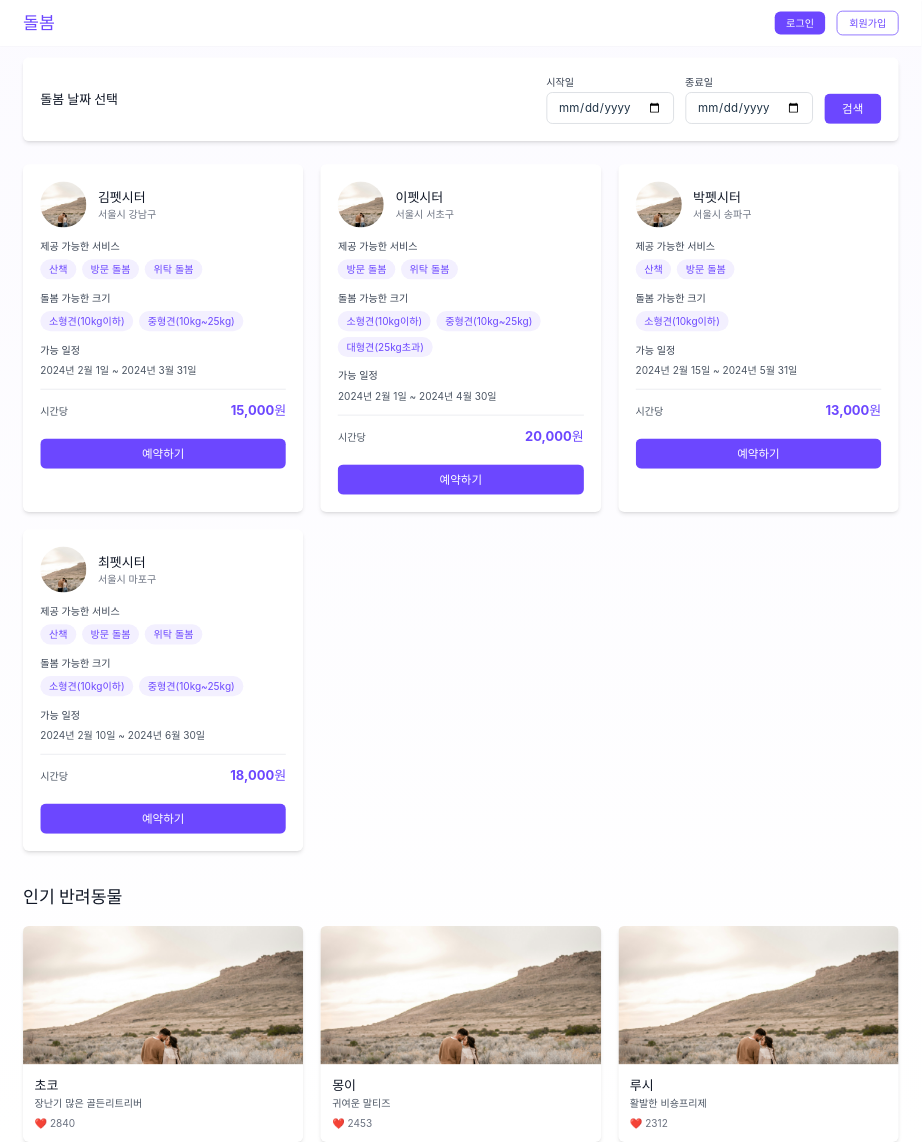
Repository: kksshh0612/pet-care-client
Page: /service
An editor plug-in stored every save of this project. The page is shown before and after the next save, followed by the edit.
The browser window is 1280 px wide. The pictures show the whole page, at 72% of full size.
The page's requests for data from a server got no answer. The project was rebuilt for these pictures with package versions that can differ from the ones it lists, and the page was loaded fresh each time. No one was signed in, and anything a server would have sent is missing. Also part of the build but not shown: vite.config.js, src/components/MainPage.vue, src/components/MemberLogin.vue, src/components/SignUp.vue, src/components/modals/ChangePasswordModal.vue, src/components/modals/EditProfileModal.vue, src/components/modals/WithdrawModal.vue, src/components/modals/PetSitterRegisterModal.vue and 5 more.

Above is the page before, as saved 2025-02-17 08:18:31.

### index.html
<!doctype html>
<html lang="en">
  <head>
    <meta charset="UTF-8" />
    <link rel="icon" type="image/svg+xml" href="/vite.svg" />
    <link rel="preconnect" href="https://fonts.googleapis.com">
    <link rel="preconnect" href="https://fonts.gstatic.com" crossorigin>
    <link href="https://fonts.googleapis.com/css2?family=Noto+Sans+KR:wght@100;300;400;500;700;900&display=swap" rel="stylesheet">
    <meta name="viewport" content="width=device-width, initial-scale=1.0" />
    <title>Pet Care App</title>
  </head>
  <body>
    <div id="app"></div>
    <script type="module" src="/src/main.js"></script>
  </body>
</html>

<!-- jQuery -->
<script type="text/javascript" src="https://code.jquery.com/jquery-1.12.4.min.js" ></script>
<!-- iamport.payment.js -->
<script type="text/javascript" src="https://cdn.iamport.kr/js/iamport.payment-1.1.8.js"></script>

### src/App.vue
<script>
import Header from './components/common/Header.vue'
import { mapState, mapActions } from 'vuex'

export default {
  name: 'App',
  components: {
    Header
  },
  computed: {
    ...mapState(['isLoggedIn']),
    isAuthPage() {
      return ['/login', '/signup'].includes(this.$route.path)
    }
  },
  methods: {
    ...mapActions(['checkLoginStatus']),
    handleLoginSuccess(userData) {
      this.$store.commit('setLoginStatus', true)
      this.$store.commit('setUserInfo', userData)
    }
  },
  async created() {
    await this.checkLoginStatus()
  }
}
</script>

<template>
  <div>
    <Header ref="header" v-if="!isAuthPage" />
    <router-view @login-success="handleLoginSuccess" />
  </div>
</template>

<style scoped>
.logo {
  height: 6em;
  padding: 1.5em;
  will-change: filter;
  transition: filter 300ms;
}
.logo:hover {
  filter: drop-shadow(0 0 2em #646cffaa);
}
.logo.vue:hover {
  filter: drop-shadow(0 0 2em #42b883aa);
}
</style>

### src/store/index.js
import { createStore } from 'vuex'
import axios from 'axios'

export default createStore({
  state: {
    isLoggedIn: false,
    userInfo: null
  },
  mutations: {
    setLoginStatus(state, status) {
      state.isLoggedIn = status
    },
    setUserInfo(state, userInfo) {
      state.userInfo = userInfo
    }
  },
  actions: {
    async checkLoginStatus({ commit }) {
      try {
        const response = await axios.get('/api/v1/member', {
          withCredentials: true
        })

        if (response.status === 200) {
          commit('setLoginStatus', true)
          commit('setUserInfo', response.data)
          return true
        }
      } catch (error) {
        commit('setLoginStatus', false)
        commit('setUserInfo', null)
        if (error.response?.status !== 401) {
          console.error('세션 체크 실패:', error)
        }
      }
      return false
    },
    async logout({ commit }) {
      try {
        await axios.post('/api/v1/member/logout')
        commit('setLoginStatus', false)
        commit('setUserInfo', null)
      } catch (error) {
        console.error('로그아웃 실패:', error)
      }
    }
  }
})

### src/style.css
:root {
  font-family: Inter, system-ui, Avenir, Helvetica, Arial, sans-serif;
  line-height: 1.5;
  font-weight: 400;

  color-scheme: light dark;
  color: rgba(255, 255, 255, 0.87);
  background-color: #242424;

  font-synthesis: none;
  text-rendering: optimizeLegibility;
  -webkit-font-smoothing: antialiased;
  -moz-osx-font-smoothing: grayscale;
}

a {
  font-weight: 500;
  color: #646cff;
  text-decoration: inherit;
}
a:hover {
  color: #535bf2;
}

body {
  margin: 0;
  min-width: 320px;
  min-height: 100vh;
  background-color: #ffffff;
  color: #213547;
}

h1 {
  font-size: 3.2em;
  line-height: 1.1;
}

button {
  border-radius: 8px;
  border: 1px solid transparent;
  padding: 0.6em 1.2em;
  font-size: 1em;
  font-weight: 500;
  font-family: inherit;
  background-color: #1a1a1a;
  cursor: pointer;
  transition: border-color 0.25s;
}
button:hover {
  border-color: #646cff;
}
button:focus,
button:focus-visible {
  outline: 4px auto -webkit-focus-ring-color;
}

.card {
  padding: 2em;
}

#app {
  width: 100%;
  margin: 0 auto;
}

@media (prefers-color-scheme: light) {
  :root {
    color: #213547;
    background-color: #ffffff;
  }
  a:hover {
    color: #747bff;
  }
  button {
    background-color: #f9f9f9;
  }
}

@tailwind base;
@tailwind components;
@tailwind utilities;

@layer base {
  html {
    font-family: 'Noto Sans KR', sans-serif;
  }
}

### src/components/common/Header.vue
<template>
  <nav class="fixed top-0 left-0 right-0 bg-white shadow-sm z-50">
    <div class="max-w-7xl mx-auto px-4 sm:px-6 lg:px-8">
      <div class="flex justify-between items-center h-16">
        <!-- 로고 -->
        <div class="flex items-center">
          <router-link to="/" class="flex items-center space-x-2">
            <span class="text-2xl font-bold text-[#6C47FF]">돌봄</span>
          </router-link>
        </div>

        <!-- 우측 네비게이션 아이템 -->
        <div class="flex items-center space-x-4">
          <template v-if="isLoggedIn">
            <!-- 알림 아이콘 -->
            <button class="p-2 hover:bg-gray-100 rounded-full relative">
              <svg xmlns="http://www.w3.org/2000/svg" class="h-6 w-6 text-gray-600" fill="none" viewBox="0 0 24 24" stroke="currentColor">
                <path stroke-linecap="round" stroke-linejoin="round" stroke-width="2" d="M15 17h5l-1.405-1.405A2.032 2.032 0 0118 14.158V11a6.002 6.002 0 00-4-5.659V5a2 2 0 10-4 0v.341C7.67 6.165 6 8.388 6 11v3.159c0 .538-.214 1.055-.595 1.436L4 17h5m6 0v1a3 3 0 11-6 0v-1m6 0H9" />
              </svg>
            </button>

            <!-- 프로필 이미지 및 마이페이지 링크 -->
            <div class="relative group">
              <button class="relative w-10 h-10 rounded-full overflow-hidden hover:opacity-80 transition-all duration-200 focus:outline-none focus:ring-2 focus:ring-[#6C47FF] focus:ring-offset-2">
                <img
                  :src="userInfo?.profileImage || '/default-profile.jpg'"
                  alt="프로필"
                  class="w-full h-full object-cover"
                >
              </button>

              <!-- 드롭다운 메뉴 -->
              <div class="absolute right-0 mt-2 w-56 bg-white rounded-lg shadow-xl py-2 transform opacity-0 scale-95 invisible group-hover:opacity-100 group-hover:scale-100 group-hover:visible transition-all duration-200 origin-top-right">
                <!-- 프로필 정보 섹션 -->
                <div class="px-4 py-3 border-b border-gray-100">
                  <p class="text-sm font-medium text-gray-900">
                    {{ userInfo?.name || '사용자' }}
                  </p>
                  <p class="text-xs text-gray-500 mt-1">
                    {{ userInfo?.email }}
                  </p>
                </div>

                <!-- 메뉴 아이템들 -->
                <div class="py-1">
                  <router-link
                    to="/mypage"
                    class="flex items-center px-4 py-2 text-sm text-gray-700 hover:bg-[#F3F0FF] hover:text-[#6C47FF] transition-colors"
                  >
                    <svg xmlns="http://www.w3.org/2000/svg" class="h-4 w-4 mr-3" fill="none" viewBox="0 0 24 24" stroke="currentColor">
                      <path stroke-linecap="round" stroke-linejoin="round" stroke-width="2" d="M16 7a4 4 0 11-8 0 4 4 0 018 0zM12 14a7 7 0 00-7 7h14a7 7 0 00-7-7z" />
                    </svg>
                    마이페이지
                  </router-link>

                  <button
                    @click="handleLogout"
                    class="w-full flex items-center px-4 py-2 text-sm text-red-600 hover:bg-red-50 transition-colors"
                  >
                    <svg xmlns="http://www.w3.org/2000/svg" class="h-4 w-4 mr-3" fill="none" viewBox="0 0 24 24" stroke="currentColor">
                      <path stroke-linecap="round" stroke-linejoin="round" stroke-width="2" d="M17 16l4-4m0 0l-4-4m4 4H7m6 4v1a3 3 0 01-3 3H6a3 3 0 01-3-3V7a3 3 0 013-3h4a3 3 0 013 3v1" />
                    </svg>
                    로그아웃
                  </button>
                </div>
              </div>
            </div>
          </template>

          <template v-else>
            <router-link
              to="/login"
              class="px-4 py-1.5 bg-[#6C47FF] text-white rounded-lg text-sm font-medium hover:bg-[#5835FF] transition-colors"
            >
              로그인
            </router-link>
            <router-link
              to="/signup"
              class="px-4 py-1.5 border border-[#6C47FF] text-[#6C47FF] rounded-lg text-sm font-medium hover:bg-[#F3F0FF] transition-colors"
            >
              회원가입
            </router-link>
          </template>
        </div>
      </div>
    </div>
  </nav>
</template>

<script>
import { mapState, mapActions } from 'vuex'

export default {
  name: 'Header',
  computed: {
    ...mapState(['isLoggedIn', 'userInfo'])
  },
  methods: {
    ...mapActions(['logout']),
    async handleLogout() {
      try {
        await this.logout()
        this.$router.push('/login')
      } catch (error) {
        console.error('로그아웃 실패:', error)
      }
    }
  }
}
</script>

<style scoped>
.group:hover .group-hover\:visible {
  visibility: visible;
}

.group .invisible {
  visibility: hidden;
}
</style>

### src/components/ServicePage.vue
<template>
  <div class="min-h-screen bg-gradient-to-b from-[#F3F0FF]/30 to-white pt-20">
    <div class="max-w-7xl mx-auto px-4 sm:px-6 lg:px-8">
      <!-- 날짜 필터 섹션 -->
      <div class="bg-white rounded-lg shadow-md p-6 mb-8">
        <div class="flex items-center justify-between">
          <h2 class="text-lg font-bold text-gray-900">돌봄 날짜 선택</h2>
          <div class="flex gap-4">
            <div class="relative">
              <label class="block text-sm text-gray-700 mb-1">시작일</label>
              <input
                type="date"
                v-model="startDate"
                class="px-4 py-2 border border-gray-300 rounded-lg focus:outline-none focus:ring-2 focus:ring-[#6C47FF]"
                :min="today"
              >
            </div>
            <div class="relative">
              <label class="block text-sm text-gray-700 mb-1">종료일</label>
              <input
                type="date"
                v-model="endDate"
                class="px-4 py-2 border border-gray-300 rounded-lg focus:outline-none focus:ring-2 focus:ring-[#6C47FF]"
                :min="startDate"
              >
            </div>
            <button
              @click="filterServices"
              class="self-end px-6 py-2 bg-[#6C47FF] text-white rounded-lg hover:bg-[#5835FF] transition-colors"
            >
              검색
            </button>
          </div>
        </div>
      </div>

      <!-- 펫시터 서비스 목록 -->
      <div class="grid grid-cols-1 md:grid-cols-2 lg:grid-cols-3 gap-6 mb-12">
        <div v-for="service in filteredServices" :key="service.id" class="bg-white rounded-lg shadow-md overflow-hidden">
          <!-- 펫시터 프로필 -->
          <div class="p-6">
            <div class="flex items-center gap-4 mb-4">
              <img
                :src="service.profileImage"
                alt="펫시터 프로필"
                class="w-16 h-16 rounded-full object-cover"
              >
              <div>
                <h3 class="text-lg font-bold text-gray-900">{{ service.name }}</h3>
                <p class="text-sm text-gray-500">{{ service.location }}</p>
              </div>
            </div>

            <!-- 서비스 정보 -->
            <div class="space-y-4">
              <!-- 제공 가능한 서비스 -->
              <div>
                <h4 class="text-sm font-medium text-gray-700 mb-2">제공 가능한 서비스</h4>
                <div class="flex flex-wrap gap-2">
                  <span
                    v-for="type in service.serviceTypes"
                    :key="type"
                    class="px-3 py-1 bg-[#F3F0FF] text-[#6C47FF] rounded-full text-sm"
                  >
                    {{ type }}
                  </span>
                </div>
              </div>

              <!-- 돌봄 가능한 크기 -->
              <div>
                <h4 class="text-sm font-medium text-gray-700 mb-2">돌봄 가능한 크기</h4>
                <div class="flex flex-wrap gap-2">
                  <span
                    v-for="size in service.petSizes"
                    :key="size"
                    class="px-3 py-1 bg-[#F3F0FF] text-[#6C47FF] rounded-full text-sm"
                  >
                    {{ getPetSizeLabel(size) }}
                  </span>
                </div>
              </div>

              <!-- 가능 일정 -->
              <div>
                <h4 class="text-sm font-medium text-gray-700 mb-2">가능 일정</h4>
                <p class="text-sm text-gray-600">
                  {{ formatDate(service.availableFrom) }} ~ {{ formatDate(service.availableTo) }}
                </p>
              </div>

              <!-- 요금 정보 -->
              <div class="pt-4 border-t">
                <div class="flex justify-between items-center">
                  <span class="text-sm text-gray-600">시간당</span>
                  <span class="text-lg font-bold text-[#6C47FF]">
                    {{ formatPrice(service.hourlyRate) }}원
                  </span>
                </div>
              </div>
            </div>

            <!-- 예약하기 버튼 -->
            <button
              @click="bookService(service)"
              class="w-full mt-6 px-4 py-2 bg-[#6C47FF] text-white rounded-lg hover:bg-[#5835FF] transition-colors"
            >
              예약하기
            </button>
          </div>
        </div>
      </div>

      <!-- 인기 반려동물 섹션 -->
      <h2 class="text-2xl font-bold text-gray-900 mb-6">인기 반려동물</h2>
      <div class="grid grid-cols-1 md:grid-cols-2 lg:grid-cols-3 gap-6">
        <div v-for="pet in popularPets" :key="pet.id" class="bg-white rounded-lg shadow-md overflow-hidden">
          <img :src="pet.image" :alt="pet.name" class="w-full h-48 object-cover">
          <div class="p-4">
            <h3 class="text-lg font-bold text-gray-900">{{ pet.name }}</h3>
            <p class="text-sm text-gray-600">{{ pet.description }}</p>
            <div class="mt-2 flex items-center text-sm text-gray-500">
              <span>❤️ {{ pet.likes }}</span>
            </div>
          </div>
        </div>
      </div>
    </div>
  </div>
</template>

<script>
export default {
  name: 'ServicePage',
  data() {
    return {
      startDate: '',
      endDate: '',
      services: [
        {
          id: 1,
          name: '김펫시터',
          profileImage: '/src/assets/test_image.jpg',
          location: '서울시 강남구',
          serviceTypes: ['산책', '방문 돌봄', '위탁 돌봄'],
          petSizes: ['small', 'medium'],
          hourlyRate: 15000,
          availableFrom: '2024-02-01',
          availableTo: '2024-03-31'
        },
        {
          id: 2,
          name: '이펫시터',
          profileImage: '/src/assets/test_image.jpg',
          location: '서울시 서초구',
          serviceTypes: ['방문 돌봄', '위탁 돌봄'],
          petSizes: ['small', 'medium', 'large'],
          hourlyRate: 20000,
          availableFrom: '2024-02-01',
          availableTo: '2024-04-30'
        },
        {
          id: 3,
          name: '박펫시터',
          profileImage: '/src/assets/test_image.jpg',
          location: '서울시 송파구',
          serviceTypes: ['산책', '방문 돌봄'],
          petSizes: ['small'],
          hourlyRate: 13000,
          availableFrom: '2024-02-15',
          availableTo: '2024-05-31'
        },
        {
          id: 4,
          name: '최펫시터',
          profileImage: '/src/assets/test_image.jpg',
          location: '서울시 마포구',
          serviceTypes: ['산책', '방문 돌봄', '위탁 돌봄'],
          petSizes: ['small', 'medium'],
          hourlyRate: 18000,
          availableFrom: '2024-02-10',
          availableTo: '2024-06-30'
        }
      ],
      popularPets: [
        {
          id: 1,
          name: '초코',
          image: '/src/assets/test_image.jpg',
          description: '장난기 많은 골든리트리버',
          likes: 2840
        },
        {
          id: 2,
          name: '몽이',
          image: '/src/assets/test_image.jpg',
          description: '귀여운 말티즈',
          likes: 2453
        },
        {
          id: 3,
          name: '루시',
          image: '/src/assets/test_image.jpg',
          description: '활발한 비숑프리제',
          likes: 2312
        }
      ]
    }
  },
  computed: {
    today() {
      return new Date().toISOString().split('T')[0]
    },
    filteredServices() {
      if (!this.startDate || !this.endDate) return this.services

      return this.services.filter(service => {
        const serviceFrom = new Date(service.availableFrom)
        const serviceTo = new Date(service.availableTo)
        const filterFrom = new Date(this.startDate)
        const filterTo = new Date(this.endDate)

        return serviceFrom <= filterTo && serviceTo >= filterFrom
      })
    }
  },
  methods: {
    filterServices() {
      console.log('필터링된 서비스:', this.filteredServices)
    },
    formatDate(date) {
      return new Date(date).toLocaleDateString('ko-KR', {
        year: 'numeric',
        month: 'long',
        day: 'numeric'
      })
    },
    formatPrice(price) {
      return price.toLocaleString()
    },
    getPetSizeLabel(size) {
      const labels = {
        small: '소형견(10kg이하)',
        medium: '중형견(10kg~25kg)',
        large: '대형견(25kg초과)'
      }
      return labels[size] || size
    },
    bookService(service) {
      console.log('서비스 예약:', service)
      alert('예약 기능은 준비 중입니다.')
    }
  }
}
</script>

### tailwind.config.js
/** @type {import('tailwindcss').Config} */
export default {
  content: [
    "./index.html",
    "./src/**/*.{vue,js,ts,jsx,tsx}",
  ],
  theme: {
    extend: {
      fontFamily: {
        sans: ['Noto Sans KR', 'sans-serif'],
      },
    },
  },
  plugins: [],
}

Loaded but not shown: src/main.js (70 lines, source omitted); src/router/index.js (80 lines, source omitted)

After the next save:
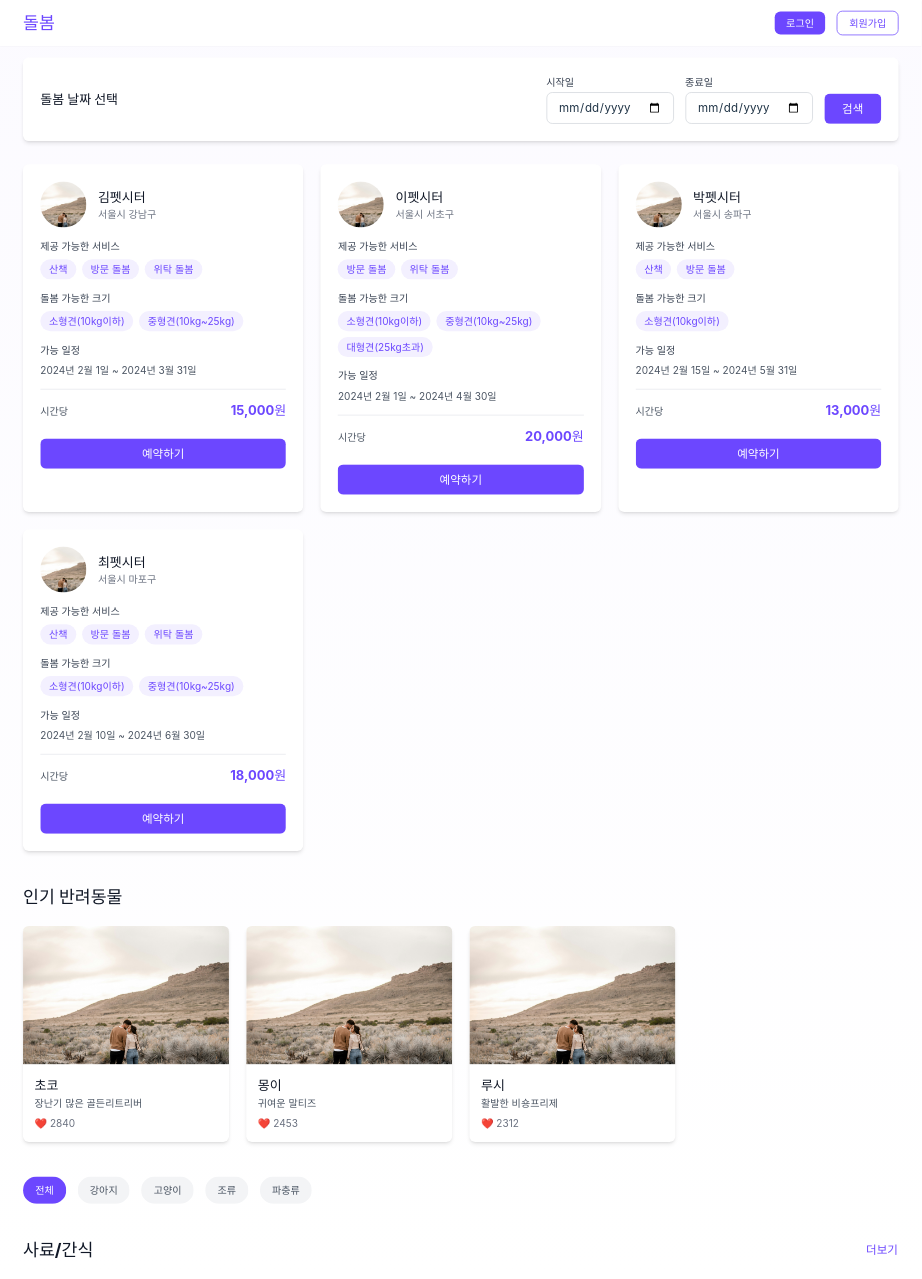
Saved 101 s later.
--- a/src/components/ServicePage.vue
+++ b/src/components/ServicePage.vue
@@ -111,9 +111,9 @@
         </div>
       </div>
 
-      <!-- 인기 반려동물 섹션 -->
+      <!-- 기존 인기 반려동물 섹션 -->
       <h2 class="text-2xl font-bold text-gray-900 mb-6">인기 반려동물</h2>
-      <div class="grid grid-cols-1 md:grid-cols-2 lg:grid-cols-3 gap-6">
+      <div class="grid grid-cols-1 md:grid-cols-2 lg:grid-cols-4 gap-6 mb-12">
         <div v-for="pet in popularPets" :key="pet.id" class="bg-white rounded-lg shadow-md overflow-hidden">
           <img :src="pet.image" :alt="pet.name" class="w-full h-48 object-cover">
           <div class="p-4">
@@ -121,6 +121,65 @@
             <p class="text-sm text-gray-600">{{ pet.description }}</p>
             <div class="mt-2 flex items-center text-sm text-gray-500">
               <span>❤️ {{ pet.likes }}</span>
+            </div>
+          </div>
+        </div>
+      </div>
+
+      <!-- 기존 카테고리 섹션 -->
+      <div class="space-y-12">
+        <!-- 카테고리 필터 -->
+        <div class="flex flex-wrap gap-4">
+          <button
+            @click="togglePetType('all')"
+            :class="[
+              'px-4 py-2 rounded-full text-sm font-medium transition-colors',
+              selectedPetTypes.includes('all')
+                ? 'bg-[#6C47FF] text-white'
+                : 'bg-gray-100 text-gray-600 hover:bg-gray-200'
+            ]"
+          >
+            전체
+          </button>
+          <button
+            v-for="type in petTypes"
+            :key="type.value"
+            @click="togglePetType(type.value)"
+            :class="[
+              'px-4 py-2 rounded-full text-sm font-medium transition-colors',
+              selectedPetTypes.includes(type.value)
+                ? 'bg-[#6C47FF] text-white'
+                : 'bg-gray-100 text-gray-600 hover:bg-gray-200'
+            ]"
+          >
+            {{ type.label }}
+          </button>
+        </div>
+
+        <!-- 카테고리별 상품 -->
+        <div v-for="category in categories" :key="category.id" class="space-y-6">
+          <div class="flex justify-between items-center">
+            <h2 class="text-2xl font-bold text-gray-900">{{ category.name }}</h2>
+            <button
+              @click="viewMoreProducts(category.id)"
+              class="text-[#6C47FF] hover:text-[#5835FF] font-medium"
+            >
+              더보기
+            </button>
+          </div>
+
+          <div class="grid grid-cols-2 md:grid-cols-3 lg:grid-cols-4 gap-6">
+            <div
+              v-for="product in category.products"
+              :key="product.id"
+              class="bg-white rounded-lg shadow-md overflow-hidden"
+            >
+              <img :src="product.image" :alt="product.name" class="w-full h-48 object-cover">
+              <div class="p-4">
+                <h3 class="text-lg font-bold text-gray-900">{{ product.name }}</h3>
+                <p class="text-sm text-gray-600">{{ product.description }}</p>
+                <p class="mt-2 text-lg font-bold text-[#6C47FF]">{{ formatPrice(product.price) }}원</p>
+              </div>
             </div>
           </div>
         </div>
@@ -204,6 +263,23 @@ export default {
           description: '활발한 비숑프리제',
           likes: 2312
         }
+      ],
+      selectedPetTypes: ['all'],
+      petTypes: [
+        { value: 'dog', label: '강아지' },
+        { value: 'cat', label: '고양이' },
+        { value: 'bird', label: '조류' },
+        { value: 'reptile', label: '파충류' }
+      ],
+      categories: [
+        {
+          id: 'food',
+          name: '사료/간식',
+          products: [
+            // ... 기존 제품 데이터
+          ]
+        },
+        // ... 다른 카테고리들
       ]
     }
   },
@@ -249,6 +325,25 @@ export default {
     bookService(service) {
       console.log('서비스 예약:', service)
       alert('예약 기능은 준비 중입니다.')
+    },
+    togglePetType(type) {
+      if (type === 'all') {
+        this.selectedPetTypes = ['all']
+      } else {
+        this.selectedPetTypes = this.selectedPetTypes.filter(t => t !== 'all')
+        const index = this.selectedPetTypes.indexOf(type)
+        if (index === -1) {
+          this.selectedPetTypes.push(type)
+        } else {
+          this.selectedPetTypes.splice(index, 1)
+        }
+        if (this.selectedPetTypes.length === 0) {
+          this.selectedPetTypes = ['all']
+        }
+      }
+    },
+    viewMoreProducts(categoryId) {
+      console.log(`${categoryId} 카테고리 더보기 클릭`)
     }
   }
 }
